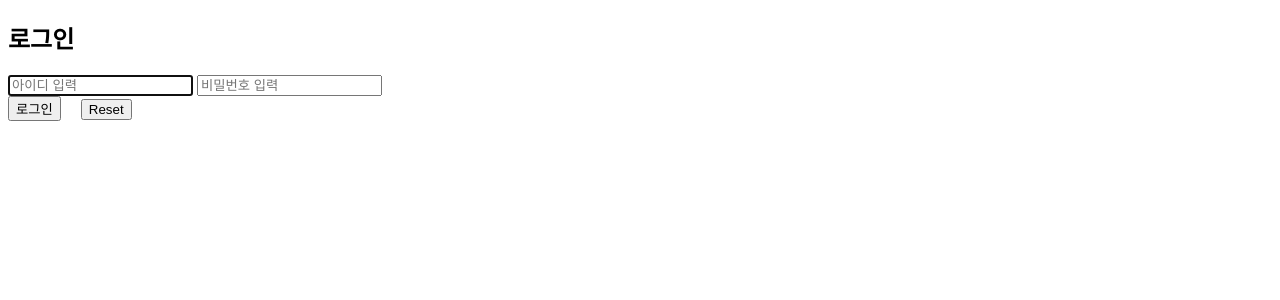
Repository: cordingdodo/javaworks2
Page: practice01/WebContent/loginform.html
An editor plug-in stored every save of this project. The page is shown before and after the next save, followed by the edit.
The browser window is 1280 px wide. The pictures show the whole page.

Above is the page before, as saved 2022-10-21 04:42:04.

### practice01/WebContent/loginform.html
<!DOCTYPE html>
<html>
<head>
<meta charset="UTF-8">
<title>로그인 툴</title>
</head>
<body>
	<h2>로그인</h2>
	<form name="loginform" action="test05.jsp" method="post">
	<input type="text" name="id" id="id" placeholder="아이디 입력" autofocus required>
	<input type="password" name="pw" id="pw" placeholder="비밀번호 입력" required>
	<br>
	<input type="submit" value="로그인">
	&nbsp;&nbsp;&nbsp;
	<input type="reset" values="취소">
	</form>
	</body>
</html>

After the next save:
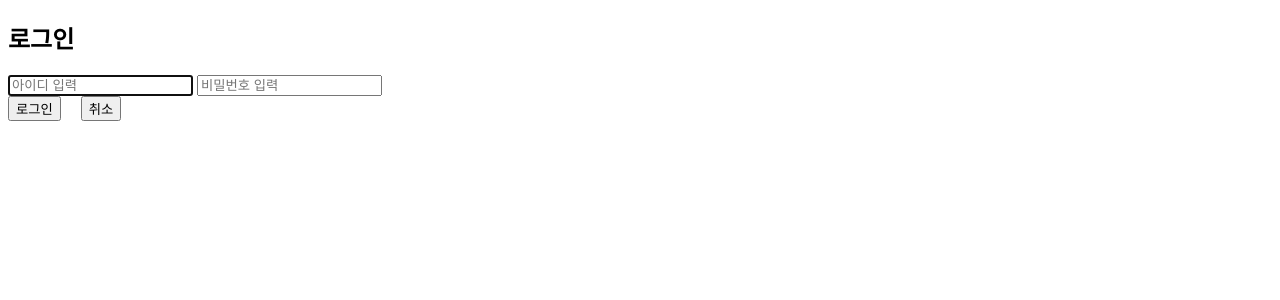
Saved 5 s later.
--- a/practice01/WebContent/loginform.html
+++ b/practice01/WebContent/loginform.html
@@ -12,7 +12,7 @@
 	<br>
 	<input type="submit" value="로그인">
 	&nbsp;&nbsp;&nbsp;
-	<input type="reset" values="취소">
+	<input type="reset" value="취소">
 	</form>
 	</body>
 </html>
